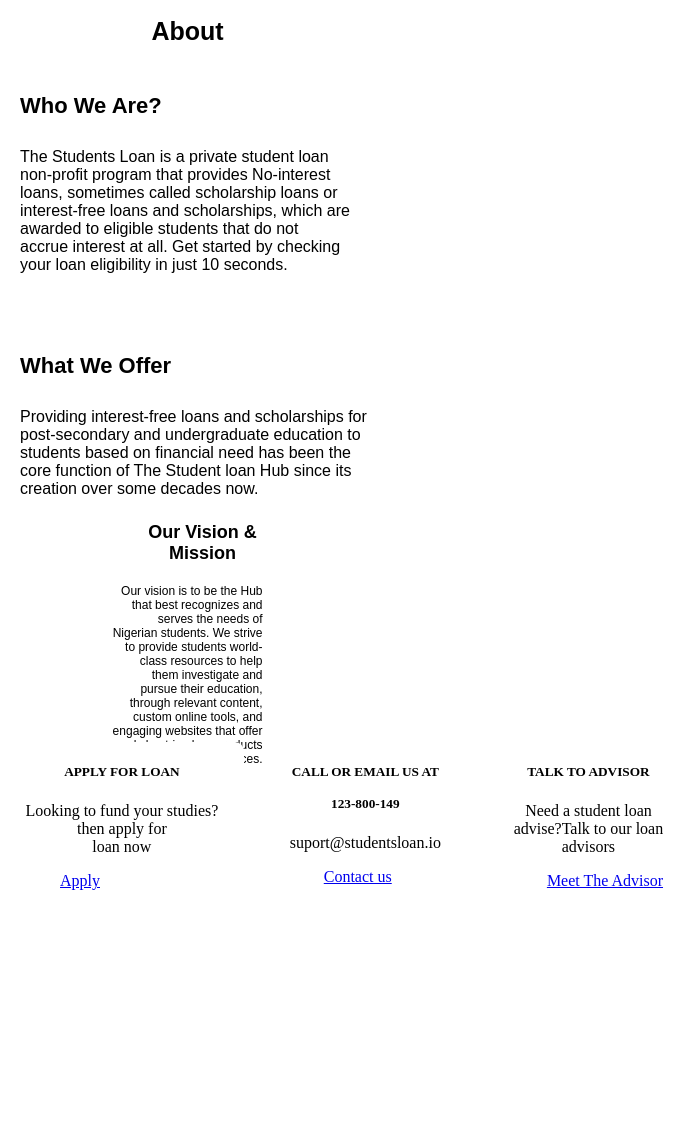
Repository: Tobby004/basic-loanweb
Page: about.html
An editor plug-in stored every save of this project. The page is shown before and after the next save, followed by the edit.
The browser window is 375 px wide. The page is 690 px wide, so the pictures cover 690 px, including what lies to the right of the window. The pictures show the whole page.

Above is the page before, as saved 2023-07-05 09:10:21.

After the next save:
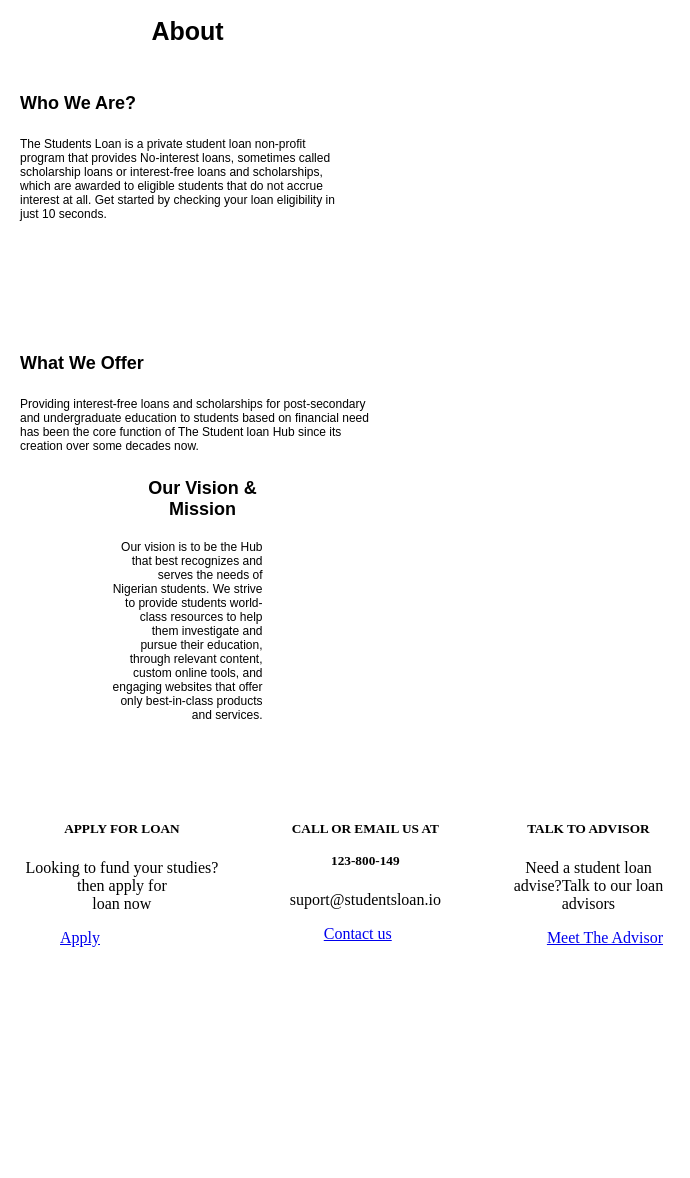
Saved 3 min 6 s later.
--- a/about.css
+++ b/about.css
@@ -39,6 +39,7 @@ h1 {
 }
 .container p {
     margin-left: 20px;
+    font-size: 17px;
     font-family: sans-serif;
 }
 .box{
@@ -100,6 +101,8 @@ h1 {
 .contact-box a {
     margin-left: 60px;
 }
+
+
 @media only screen and (max-width:400px) {
     .container {
         display: inline-block;
@@ -115,10 +118,17 @@ h1 {
         height: 230px;
         background: white;
       }
+      .container h4 {
+      font-size:18px ;
+      }
+      .container p {
+      font-size: 12px;
+      }
       .box {
         display: block;
         width: 150px;
         height: 200px;
+        margin-bottom: 100px;
       }
   .box h4 {
     font-size: 18px;
